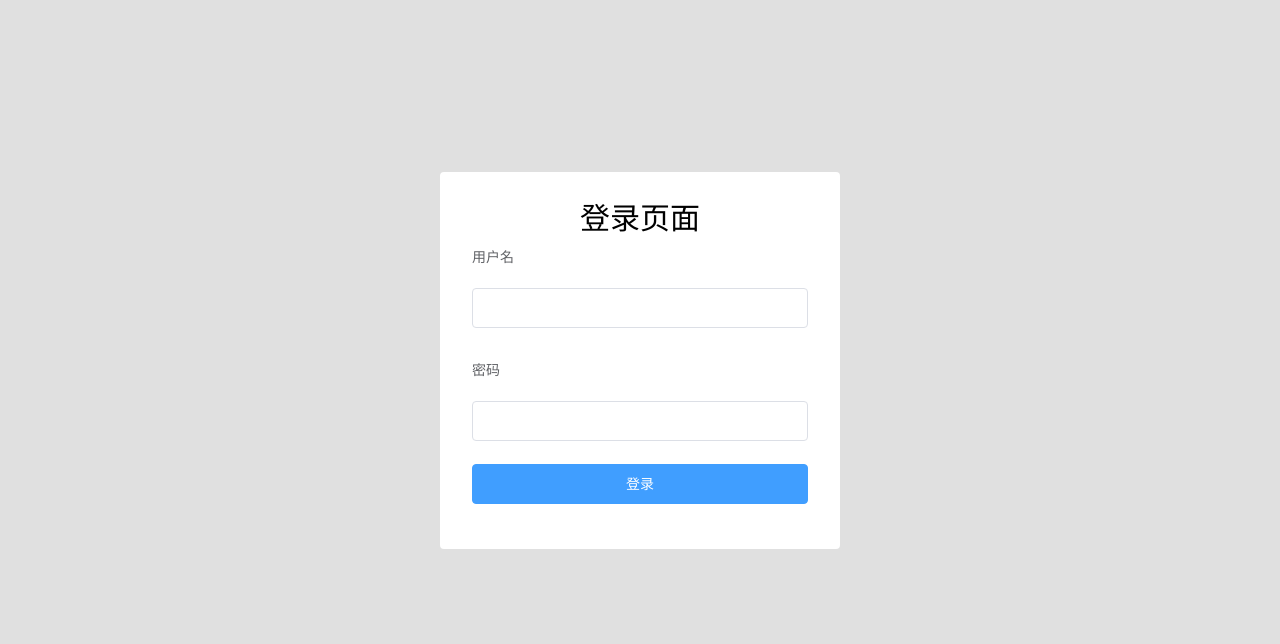
Repository: euphor1azzy/testlist
Page: /#/login (app in list/)
These files come from the project's save history. The page is drawn as it stood at one moment and after a run of saves; the edit follows.
The browser window is 1280 px wide. The pictures show the whole page.
The project was rebuilt for these pictures with package versions that can differ from the ones it lists, and the page was loaded fresh each time. Also part of the build but not shown: list/src/components/common/appnav.vue, list/src/components/common/appslider.vue, list/src/views/home.vue, list/src/components/users/users.vue.

Above is the page before, as saved 2020-08-26 17:27:10.

### list/src/main.js
// 引入组件
import Vue from 'vue'
import ElementUI from 'element-ui';
import App from './App.vue'
import router from './router'
import MyHttpServer from './plugins/http'
Vue.use(router);


// 引入css文件
import './assets/css/reset.css'
import 'element-ui/lib/theme-chalk/index.css';


//使用插件
Vue.use(ElementUI)
Vue.use(MyHttpServer)
Vue.config.productionTip = false


new Vue({
    el: '#app',
    router,
    render: h => h(App)
}).$mount('#app')

### list/src/App.vue
<template>
  <div id="app" >

    <router-view></router-view>
  </div>
</template>

<script>

</script>

<style>
#app{

  height:100vh
}
</style>

### list/src/router/index.js
import Vue from 'vue'
import Router from 'vue-router'
import Home from '../views/home.vue'
import Login from '../views/login/login.vue'
import Users from '../components/users/users.vue'



Vue.use(Router);



export default new Router({
    routes: [{
            path: '/',
            name: 'Home',
            component: Home,
            children: [{
                name: 'Users',
                path: 'users',
                component: Users
            }]

        },
        {
            name: 'Login',
            path: '/login',
            component: Login
        }
    ]
});

### list/src/plugins/http.js
//将axios改为插件
import axios from 'axios'
const MyHttpServer = {}


MyHttpServer.install = (Vue) => {
    axios.defaults.baseURL = 'http://localhost:8888/api/private/v1/'

    // 添加实例方法
    Vue.prototype.$http = axios

}

export default MyHttpServer

### list/src/assets/css/reset.css
/*! minireset.css v0.0.2 | MIT License | github.com/jgthms/minireset.css */

html,
body,
p,
ol,
ul,
li,
dl,
dt,
dd,
blockquote,
figure,
fieldset,
legend,
textarea,
pre,
iframe,
hr,
h1,
h2,
h3,
h4,
h5,
h6 {
    /* height: 100%; */
    margin: 0;
    padding: 0;
}

h1,
h2,
h3,
h4,
h5,
h6 {
    font-size: 100%;
    font-weight: normal;
}

ul {
    list-style: none;
}

button,
input,
select,
textarea {
    margin: 0;
}

html {
    box-sizing: border-box;
}

* {
    box-sizing: inherit;
}

*:before,
*:after {
    box-sizing: inherit;
}

img,
embed,
object,
audio,
video {
    height: auto;
    max-width: 100%;
}

iframe {
    border: 0;
}

table {
    border-collapse: collapse;
    border-spacing: 0;
}

td,
th {
    padding: 0;
    text-align: left;
}

### list/src/views/login/login.vue
<template>
  <div class="logwrap">
    <el-form
      class="logform"
      :model="ruleForm"
      status-icon
      :rules="rules"
      ref="ruleForm"
      label-position="top"
      label-width="80px"
    >
      <h1 style="text-align:center;font-size:30px">登录页面</h1>
      <!-- 登录注册 -->
      <!-- <ul  style="text-align:center;font-size:30px;text-decoration:none">
        <li v-for="item in menuTab" :key="item.id" :class="current" @click="toggleMenuTab">{{item.txt}}</li>
      </ul> -->
      <el-form-item label="用户名" prop="username">
        <el-input
          type="text"
          v-model="ruleForm.username"
          autocomplete="off"
        ></el-input>
      </el-form-item>
      <el-form-item label="密码" prop="password">
        <el-input
          type="password"
          v-model="ruleForm.password"
          autocomplete="off"
        ></el-input>
      </el-form-item>

      <el-form-item label="确认密码" prop="checkPassword" v-show="moduel === 'rigester'">
        <el-input
          type="password"
          v-model="ruleForm.checkPassword"
          autocomplete="off"
        ></el-input>
      </el-form-item>

      <el-form-item>
        <el-button
          type="primary"
          style="width:100%"
          @click="submitForm('ruleForm')"
          >登录</el-button
        >
      </el-form-item>
    </el-form>
  </div>
</template>

<script>
//引入validate中的正则 过滤函数
import { stripScript } from "@/utils/validate.js";

export default {
  name: "Login",
  data() {
    //验证用户名
    var validateUsername = (rule, value, callback) => {
      let reg = /^[a-zA-Z0-9_.-]+@[a-zA-Z0-9-]+(\.[a-zA-Z0-9-]+)*\.[a-zA-Z0-9]{2,6}$/;
      if (value === "") {
        callback(new Error("请输入用户名"));
      } else if (!reg.test(value)) {
        callback(new Error("用户名格式不正确"));
      } else {
        callback();
      }
    };
    //验证密码
    var validatePassword = (rule, value, callback) => {
       let reg = /^(?![0-9]+$)(?![a-zA-Z]+$)[0-9A-Za-z]{6,20}$/;
      //过滤密码
      this.ruleForm.password = stripScript(value);
      value = this.ruleForm.password;
      if (value === "") {
        callback(new Error("请输入密码"));
      } else if (!reg.test(value)) {
        callback(new Error("密码至少包含数字和英文，长度6-20"));
      } else {
        callback();
      }
    };
    //验证确认密码
    var validatecheckPassword = (rule, value, callback) => {
       let reg = /^(?![0-9]+$)(?![a-zA-Z]+$)[0-9A-Za-z]{6,20}$/;
      //过滤密码
      this.ruleForm.password = stripScript(value);
      value = this.ruleForm.password;
            if (value === "") {
        callback(new Error("请输入密码"));
      } else if (value != this.ruleForm.password ) {
        callback(new Error("密码不同"));
      } else {
        callback();
      }
    };

    return {
      menuTab:[
        {txt:"登录" ,current:true ,type:'login'   },
        {txt:"注册" ,current:false ,type:'rigester' }
        ],
        moduel:'login',
      ruleForm: {
        password: "",
        username: "",
        checkPassword:""
      },
      rules: {
        username: [{ validator: validateUsername, trigger: "blur" }],
        password: [{ validator: validatePassword, trigger: "blur" }],
        checkPassword: [{ validator: validatecheckPassword, trigger: "blur" }],
      },
    };
  },
  methods: {
       toggleMenuTab(data){
      this.menuTab.forEach((elem,index) =>{
        elem.current = false
      });
      data.current = true
      this.moduel = data.type
    },
    submitForm(ruleForm) {
      this.$refs[ruleForm].validate((valid) => {
        if (valid) {
          this.$router.push({name: 'Home'})
          // alert("submit!");
        } else {
          console.log("error submit!!");
          return false;
        }
      });
    },

    //     this.$router.push({name: 'Home'}
  },
};

// methods:{
//   //登录请求
//   // handleLogin(){
//   //   this.$http.push('login',this.logdata)
//   //   .then(res=>{
//   //     console.log(res)
//   //   })
//   // }
//   handleLogin(){
//     this.$router.push({name: 'Home'})
//   }
// }
</script>

<style>
.logwrap {
  height: 100%;
  display: flex;
  justify-content: center;
  align-items: center;
  background-color: rgb(224, 224, 224);
}
.logwrap .logform {
  padding: 20px 30px;
  border: 2px solid #ffffff;
  border-radius: 4px;
  width: 400px;

  background-color: #fff;
}
.current{
  color: antiquewhite;
  font-weight: 700;
  font-size: 32px;
}
</style>

### list/src/utils/validate.js
// 过滤特殊字符
export function stripScript(s) {
    var pattern = new RegExp("[`~!@#$^&*()=|{}':;',\\[\\].<>/?~！@#￥……&*（ ）——|{}【】‘；：”“'。，、？]");
    var rs = "";
    for (var i = 0; i < s.length; i++) {
        rs = rs + s.substr(i, 1).replace(pattern, '');
    }
    return rs;
}

// 验证邮箱
export function validateEmail(value) {
    let reg = /^[a-zA-Z0-9_.-]+@[a-zA-Z0-9-]+(\.[a-zA-Z0-9-]+)*\.[a-zA-Z0-9]{2,6}$/;
    return !reg.test(value) ? true : false
}

// 验证密码
export function valPassword(value) {
    let reg = /^(?![0-9]+$)(?![a-zA-Z]+$)[0-9A-Za-z]{6,20}$/;
    return !reg.test(value) ? true : false
}

Loaded but not shown: list/public/index.html (common file)

After the next 4 saves:
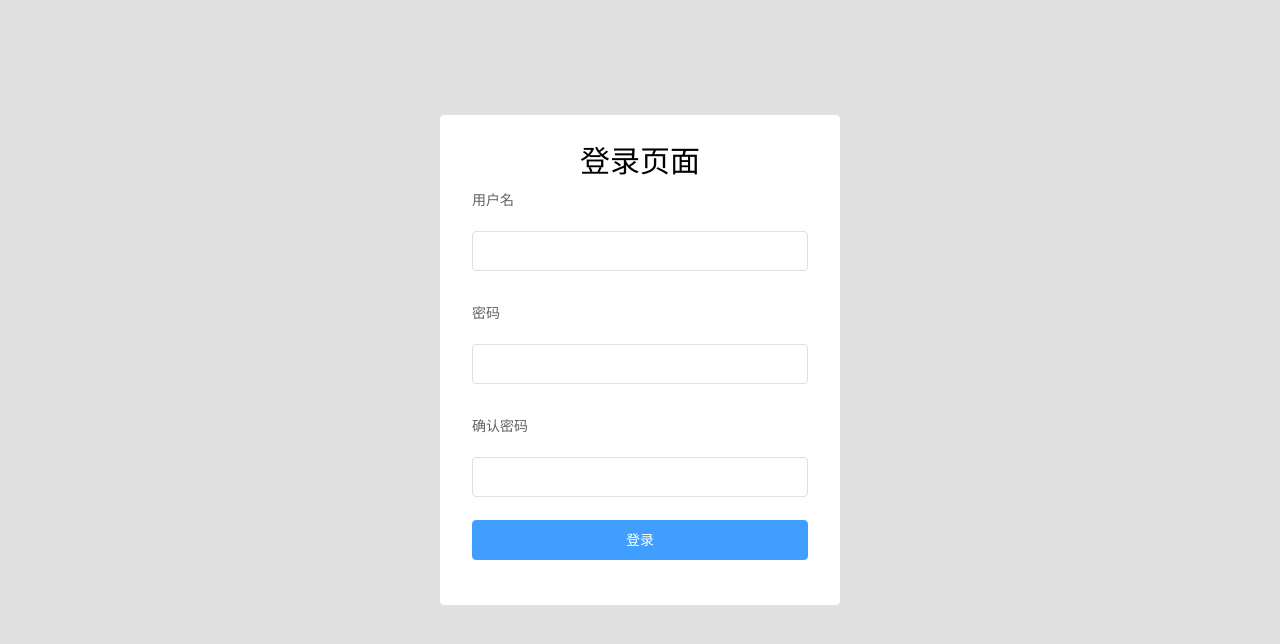
The 4 saves are shown as one change because 3 did not build or start.
The last was saved 2 min 20 s later.
--- a/list/src/views/login/login.vue
+++ b/list/src/views/login/login.vue
@@ -29,7 +29,7 @@
         ></el-input>
       </el-form-item>
 
-      <el-form-item label="确认密码" prop="checkPassword" v-show="moduel === 'rigester'">
+      <el-form-item label="确认密码" prop="checkPassword" v-show="moduel === 'login'">
         <el-input
           type="password"
           v-model="ruleForm.checkPassword"
@@ -125,8 +125,8 @@
     submitForm(ruleForm) {
       this.$refs[ruleForm].validate((valid) => {
         if (valid) {
-          this.$router.push({name: 'Home'})
-          // alert("submit!");
+           this.$router.push({name: 'Home'});
+          alert("submit!");
         } else {
           console.log("error submit!!");
           return false;

After the save that followed:
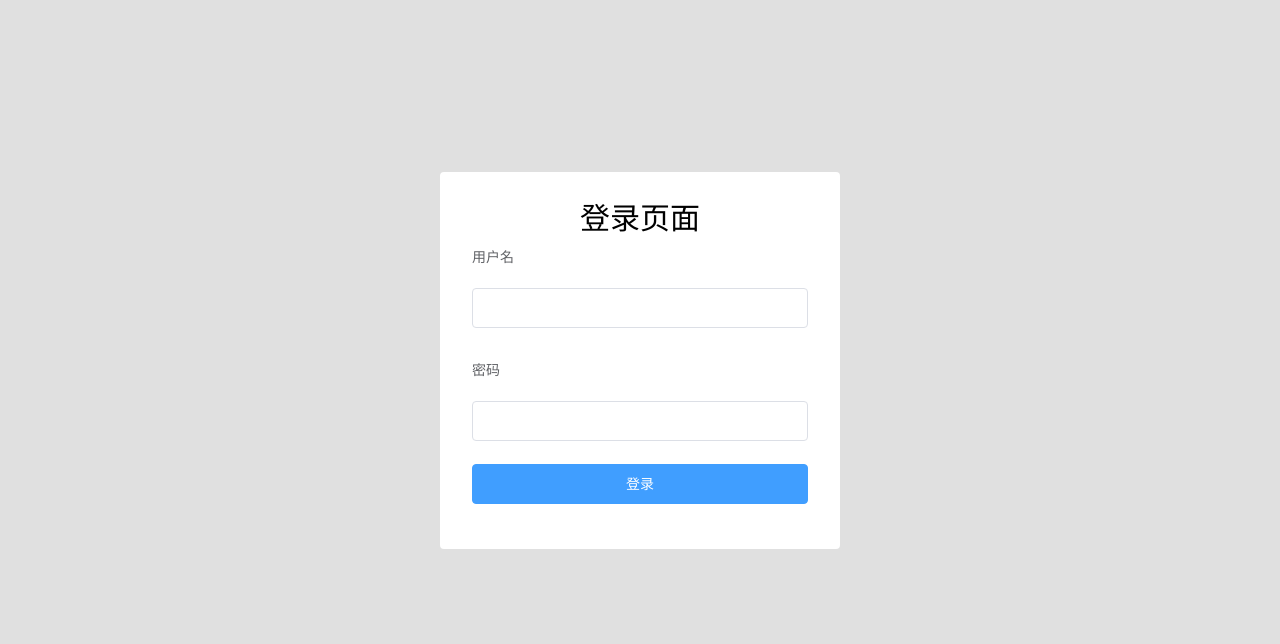
Saved 28 s later.
--- a/list/src/views/login/login.vue
+++ b/list/src/views/login/login.vue
@@ -29,7 +29,7 @@
         ></el-input>
       </el-form-item>
 
-      <el-form-item label="确认密码" prop="checkPassword" v-show="moduel === 'login'">
+      <el-form-item label="确认密码" prop="checkPassword" v-show="moduel === 'rigester'">
         <el-input
           type="password"
           v-model="ruleForm.checkPassword"
